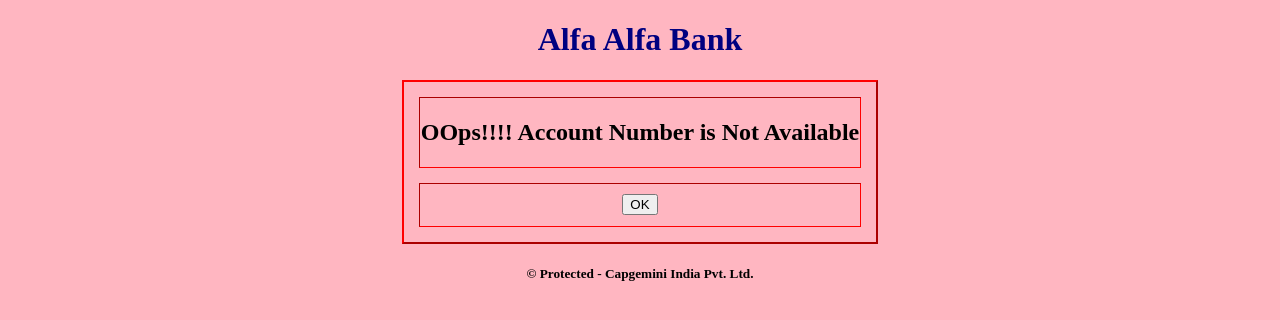
Repository: Rccalfa123/OnlineBankingApp
Page: http://localhost/AlfaAlfaBankApp/errorfundTransfer.jsp
The author's editor kept a copy of each file at every save. The page is drawn from the files as they stood at one save, then again after the next save.
The browser window is 1280 px wide. The pictures show the whole page.
The page is served by Tomcat 9. Other server files are loaded and not shown.

Above is the page before, as saved 2018-08-13 08:55:18.

### AlfaAlfaBankApp/WebContent/errorfundTransfer.jsp
<%@ page language="java" contentType="text/html; charset=ISO-8859-1"
    pageEncoding="ISO-8859-1"%>
        <%@taglib prefix="alfa" uri="http://java.sun.com/jsp/jstl/core"%>

<!DOCTYPE html>
<html>
<head>

<link rel="stylesheet" type="text/css" href="mystyle.css">

<meta charset="ISO-8859-1">
<title>Insert title here</title>
</head>
<body>

<jsp:include page="header.jsp"></jsp:include>

		<form action="withdrawForm.jsp" method="get">

			<div>
				<table cellspacing="15" align="center" border="2">
					<tr>
						<th colspan="6" height="35"><h2>OOps!!!! Account Number ${sessionScope.accountInWithdrawTransfer} is Not Available </h2></th>
					</tr>
 					<tr>
						<th colspan="6"  height="40"><input type="submit" value="OK"></th>
					</tr>
				</table>
			</div>

		</form>
	<jsp:include page="footer.html"></jsp:include>


</body>
</html>

### AlfaAlfaBankApp/WebContent/header.jsp
<%@taglib prefix="jstl" uri="http://java.sun.com/jsp/jstl/core" %>
<div align="center">
	<h1>Alfa Alfa Bank</h1>
</div>

### AlfaAlfaBankApp/WebContent/footer.html
<div align="center">
<h5>&copy; Protected - Capgemini India Pvt. Ltd.</h5>
</div>

### AlfaAlfaBankApp/WebContent/mystyle.css
@charset "ISO-8859-1";

body {
    background-color: lightpink;
}

h1 {
    color: navy;
}

td{

 font-family: sans-serif;

}

table {
	border-color: red;
	border-right: 2px 2px 2px 2px ;
}

a{
	text-decoration: none;
	color: green;
}

After the next save:
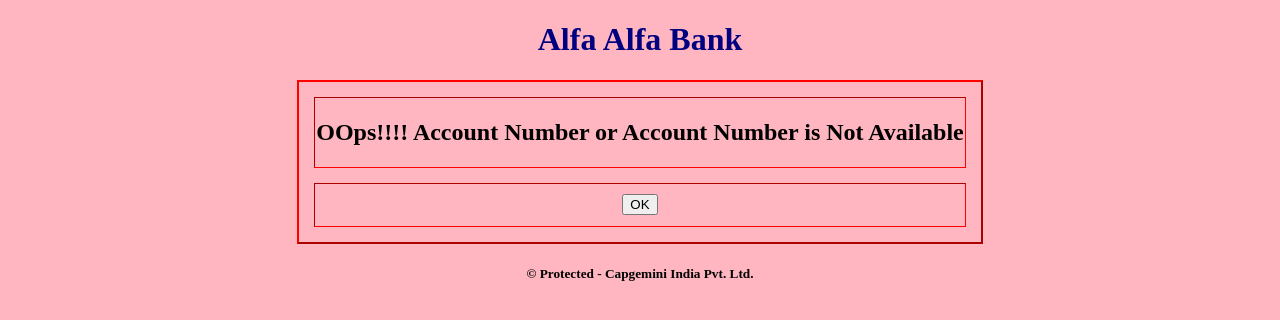
Saved 40 s later.
--- a/AlfaAlfaBankApp/WebContent/errorfundTransfer.jsp
+++ b/AlfaAlfaBankApp/WebContent/errorfundTransfer.jsp
@@ -20,7 +20,7 @@
 			<div>
 				<table cellspacing="15" align="center" border="2">
 					<tr>
-						<th colspan="6" height="35"><h2>OOps!!!! Account Number ${sessionScope.accountInWithdrawTransfer} is Not Available </h2></th>
+						<th colspan="6" height="35"><h2>OOps!!!! Account Number ${sessionScope.accountInWithdrawTransfer} or Account Number ${sessionScope.accountInDepositTransfer} is Not Available </h2></th>
 					</tr>
  					<tr>
 						<th colspan="6"  height="40"><input type="submit" value="OK"></th>
